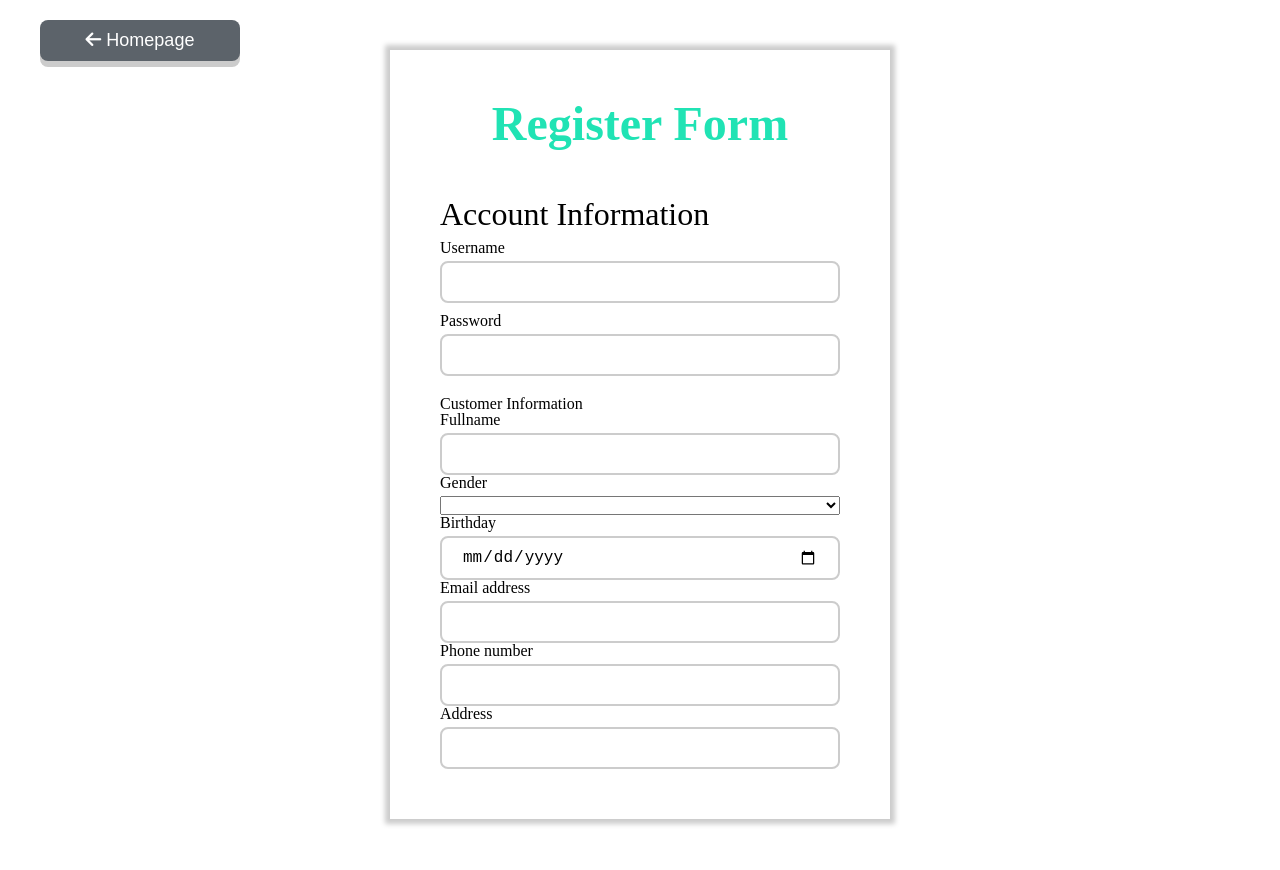
Repository: Trung0810/btl_cnpm_fe
Page: /
The author's editor kept a copy of each file at every save. The page is drawn from the files as they stood at one save, then again after the next save.
The browser window is 1280 px wide. The pictures show the whole page.
The project was rebuilt for these pictures with package versions that can differ from the ones it lists, and the page was loaded fresh each time. Also part of the build but not shown: src/components/header/header.css, src/components/header/Header.js, src/components/footer/Footer.css, src/components/footer/Footer.js, src/components/shoes_list/ShoesCard.css, src/components/shoes_list/ShoesCard.js, src/components/shoes_list/ShoesList.css, src/components/shoes_list/ShoesList.js and 17 more.

Above is the page before, as saved 2026-03-31 13:38:29.

### public/index.html
<!doctype html>
<html lang="en">
  <head>
    <meta charset="utf-8" />
    <link rel="icon" href="%PUBLIC_URL%/favicon.ico" />
    <meta name="viewport" content="width=device-width, initial-scale=1" />
    <meta name="theme-color" content="#000000" />
    <meta
      name="description"
      content="Web site created using create-react-app"
    />
    <link rel="apple-touch-icon" href="%PUBLIC_URL%/logo192.png" />
    <!--
      manifest.json provides metadata used when your web app is installed on a
      user's mobile device or desktop. See https://developers.google.com/web/fundamentals/web-app-manifest/
    -->
    <link rel="manifest" href="%PUBLIC_URL%/manifest.json" />
    <!--
      Notice the use of %PUBLIC_URL% in the tags above.
      It will be replaced with the URL of the `public` folder during the build.
      Only files inside the `public` folder can be referenced from the HTML.

      Unlike "/favicon.ico" or "favicon.ico", "%PUBLIC_URL%/favicon.ico" will
      work correctly both with client-side routing and a non-root public URL.
      Learn how to configure a non-root public URL by running `npm run build`.
    -->
    <link rel="preconnect" href="https://fonts.googleapis.com" />
    <link rel="preconnect" href="https://fonts.gstatic.com" crossorigin />
    <link
      href="https://fonts.googleapis.com/css2?family=DM+Sans:ital,opsz,wght@0,9..40,100..1000;1,9..40,100..1000&family=Oswald:wght@200..700&display=swap"
      rel="stylesheet"
    />
    <title>React App</title>
  </head>
  <body>
    <noscript>You need to enable JavaScript to run this app.</noscript>
    <div id="root"></div>
    <!--
      This HTML file is a template.
      If you open it directly in the browser, you will see an empty page.

      You can add webfonts, meta tags, or analytics to this file.
      The build step will place the bundled scripts into the <body> tag.

      To begin the development, run `npm start` or `yarn start`.
      To create a production bundle, use `npm run build` or `yarn build`.
    -->
  </body>
</html>

### src/index.js
import React from "react";
import ReactDOM from "react-dom/client";
import App from "./App";
import reportWebVitals from "./reportWebVitals";
import "./index.css";
import "./reset.css";
import "@fortawesome/fontawesome-free/css/all.min.css";

const root = ReactDOM.createRoot(document.getElementById("root"));
root.render(
  <React.StrictMode>
    <App />
  </React.StrictMode>,
);

// If you want to start measuring performance in your app, pass a function
// to log results (for example: reportWebVitals(console.log))
// or send to an analytics endpoint. Learn more: https://bit.ly/CRA-vitals
reportWebVitals();

### src/App.js
import { Fragment } from "react";
import Header from "./components/header/Header";
import Footer from "./components/footer/Footer";
import HomePage from "./components/home_page/HomePage";
import ShoesPage from "./components/shoes_page/ShoesPage";
import LoginForm from "./components/login_form/LoginForm";
import LoginPage from "./components/login_page/LoginPage";
import RegisterPage from "./components/register_page/RegisterPage";
import "./App.css";

function App() {
  return (
    <Fragment>
      {/* <Header></Header> */}
      {/* <HomePage></HomePage> */}
      {/* <ShoesPage></ShoesPage> */}
      {/* <Footer></Footer> */}
      {/* <LoginPage></LoginPage> */}
      <RegisterPage></RegisterPage>
    </Fragment>
  );
}

export default App;

### src/index.css
body {
  margin: 0;
  font-family:
    -apple-system, BlinkMacSystemFont, "Segoe UI", "Roboto", "Oxygen", "Ubuntu",
    "Cantarell", "Fira Sans", "Droid Sans", "Helvetica Neue", sans-serif;
  -webkit-font-smoothing: antialiased;
  -moz-osx-font-smoothing: grayscale;
  font-family: "DM Sans", sans-serif;
}
body::-webkit-scrollbar {
  display: none;
}
code {
  font-family:
    source-code-pro, Menlo, Monaco, Consolas, "Courier New", monospace;
}
* {
  box-sizing: border-box;
}

### src/components/register_page/RegisterPage.js
import React, { Fragment } from "react";
import RegisterForm from "../register_form/RegisterForm";

const RegisterPage = () => {
  return (
    <Fragment>
      <button
        style={{
          backgroundColor: "#5C636A",
          color: "#fff",
          position: "absolute",
          top: "20px",
          left: "40px",
        }}
      >
        <i className="fa fa-arrow-left"></i> Homepage
      </button>
      <RegisterForm></RegisterForm>
    </Fragment>
  );
};

export default RegisterPage;

### src/App.css
input {
  display: block;
  font-size: 16px;
  font-weight: 500;
  padding: 10px 20px;
  border: 2px solid #ccc;
  border-radius: 8px;
  outline: none;
}
input:focus {
  border-color: #20e3b4;
}
button {
  display: block;
  width: 200px;
  padding: 10px 30px;
  font-size: 18px;
  font-weight: 500;
  border-radius: 8px;
  border: none;
  outline: none;
  cursor: pointer;
  box-shadow: 0 6px 0 0 #ccc;
  transition: all 0.25s linear;
}
button:active {
  box-shadow: 0 3px 0 0 #ccc;
  transform: translateY(3px);
}

### src/components/register_form/RegisterForm.js
import React from "react";
import "./RegisterForm.css";

const RegisterForm = () => {
  return (
    <form className="register-form">
      <h2 className="register-title">Register Form</h2>
      <div className="register-account">
        <h3>Account Information</h3>
        <div className="register-form-wrapper">
          <label htmlFor="username">Username</label>
          <input type="text" name="username" id="username" />
        </div>
        <div className="register-form-wrapper">
          <label htmlFor="password">Password</label>
          <input type="text" name="password" id="password" />
        </div>
      </div>
      <div className="register-infor">
        <h3>Customer Information</h3>
        <div className="register-form-wrapper">
          <label htmlFor="fullname">Fullname</label>
          <input type="text" name="fullname" id="fullname" />
        </div>
        <div className="register-form-wrapper">
          <label htmlFor="gender">Gender</label>
          <select name="gender" id="gender">
            <option value=""></option>
            <option value="Male">Male</option>
            <option value="Female">Female</option>
            <option value="Other">Other</option>
          </select>
        </div>
        <div className="register-form-wrapper">
          <label htmlFor="date">Birthday</label>
          <input type="date" name="date" id="date" />
        </div>
        <div className="register-form-wrapper">
          <label htmlFor="email">Email address</label>
          <input type="email" name="email" id="email" />
        </div>
        <div className="register-form-wrapper">
          <label htmlFor="phone">Phone number</label>
          <input type="phone" name="phone" id="phone" />
        </div>
        <div className="register-form-wrapper">
          <label htmlFor="address">Address</label>
          <input type="text" name="address" id="address" />
        </div>
      </div>
    </form>
  );
};

export default RegisterForm;

### src/components/register_form/RegisterForm.css
.register-form {
  width: 500px;
  padding: 50px;
  margin: 50px auto;
  box-shadow: 0 0 5px 5px #ccc;
  user-select: none;
}
.register-title {
  font-size: 48px;
  font-weight: bold;
  color: #20e3b4;
  text-align: center;
  margin-bottom: 50px;
}
.register-account {
  display: flex;
  flex-direction: column;
  row-gap: 10px;
  margin-bottom: 20px;
}
.register-account h3 {
  font-size: 32px;
}
.register-form-wrapper {
  display: flex;
  flex-direction: column;
  row-gap: 5px;
}
.register-wrapper label {
  font-size: 18px;
  font-weight: 500;
}
.register-wrapper input {
  width: 100%;
}

Loaded but not shown: src/reportWebVitals.js (common file); src/reset.css (common file)

After the next save:
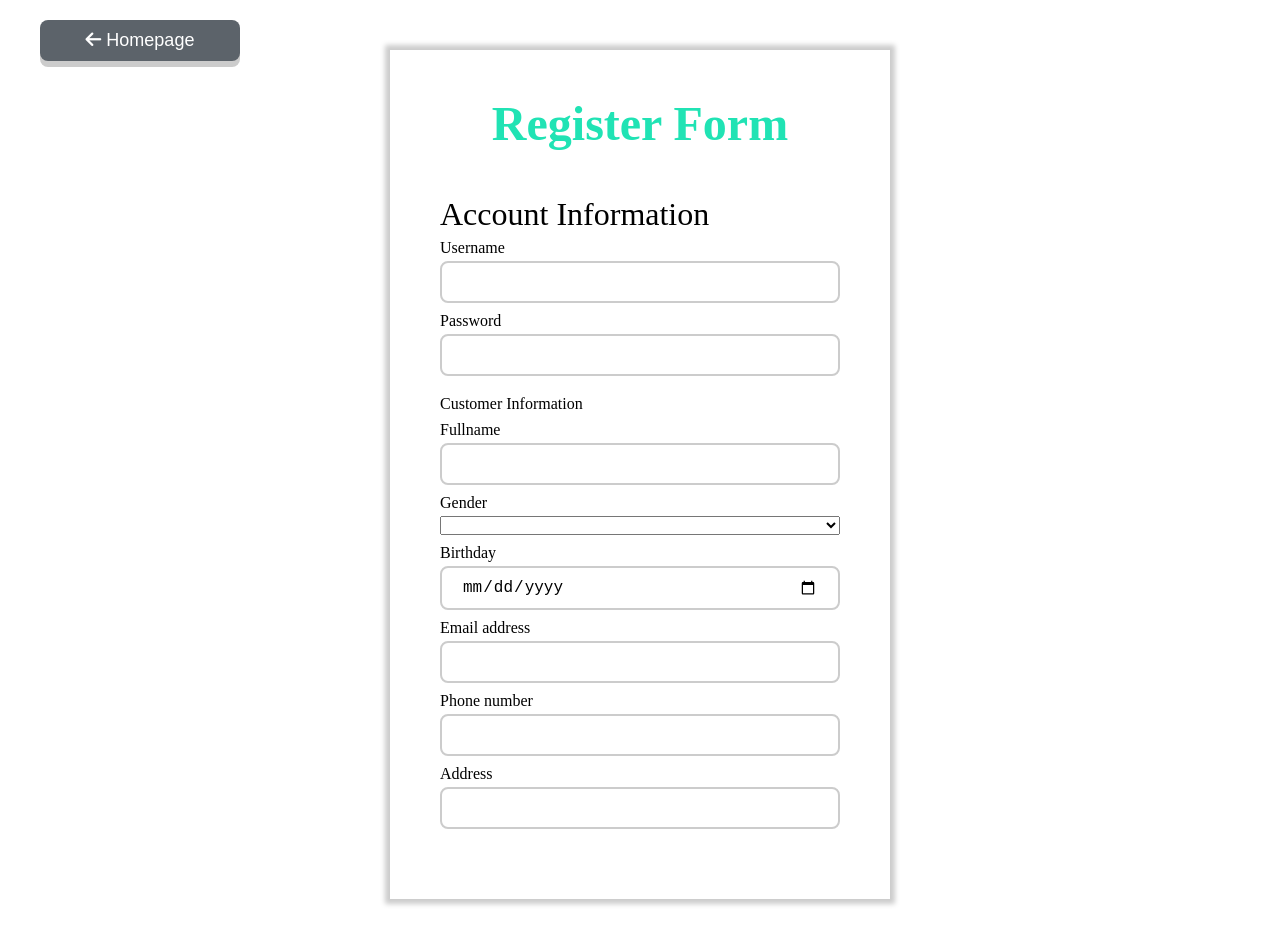
Saved 21 s later.
--- a/src/components/register_form/RegisterForm.css
+++ b/src/components/register_form/RegisterForm.css
@@ -33,3 +33,9 @@
 .register-wrapper input {
   width: 100%;
 }
+.register-infor {
+  display: flex;
+  flex-direction: column;
+  row-gap: 10px;
+  margin-bottom: 20px;
+}
